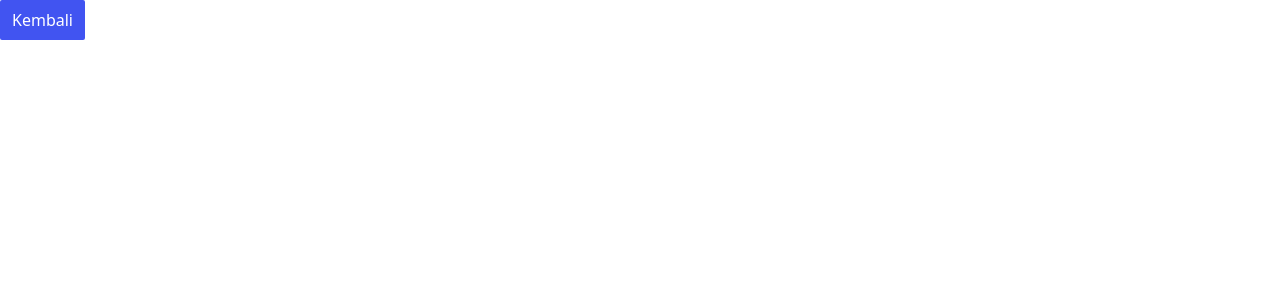
Repository: whytrno/sinovi-products
Page: /products
The author's editor kept a copy of each file at every save. The page is drawn from the files as they stood at one save, then again after the next save.
The browser window is 1280 px wide. The pictures show the whole page.
The project was rebuilt for these pictures with package versions that can differ from the ones it lists, and the page was loaded fresh each time. The framework's server and built-in components were replaced by stand-ins that run in the browser. Also part of the build but not shown: next.config.js, components/Icon/BackIcon.js.

Above is the page before, as saved 2023-02-25 00:05:47.

After the next save:
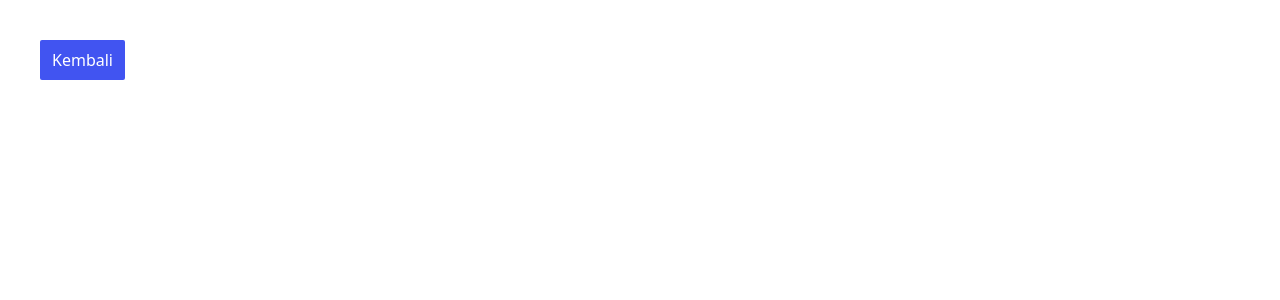
Saved 20 s later.
--- a/pages/products.js
+++ b/pages/products.js
@@ -3,7 +3,7 @@
 
 export default function Products() {
     return (
-        <div>
+        <div className="p-10">
             {/* <Link href="/" className="rounded-md p-4 bg-primary text-white">
                 <BackIcon />
                 <p>Kembali</p>
